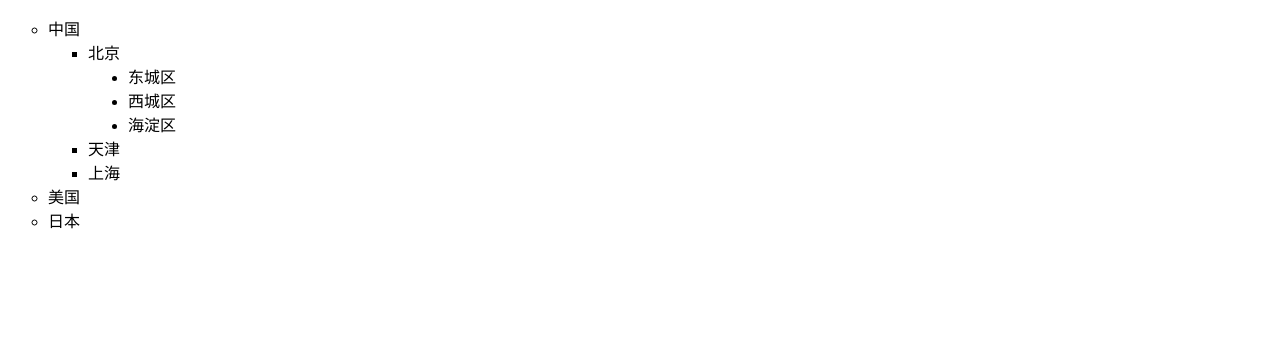
Repository: thidoiSanren/HTML_exercise
Page: 010-列表.html
The author's editor kept a copy of each file at every save. The page is drawn from the files as they stood at one save, then again after the next save.
The browser window is 1280 px wide. The pictures show the whole page.

Above is the page before, as saved 2022-02-17 11:41:00.

After the next save:
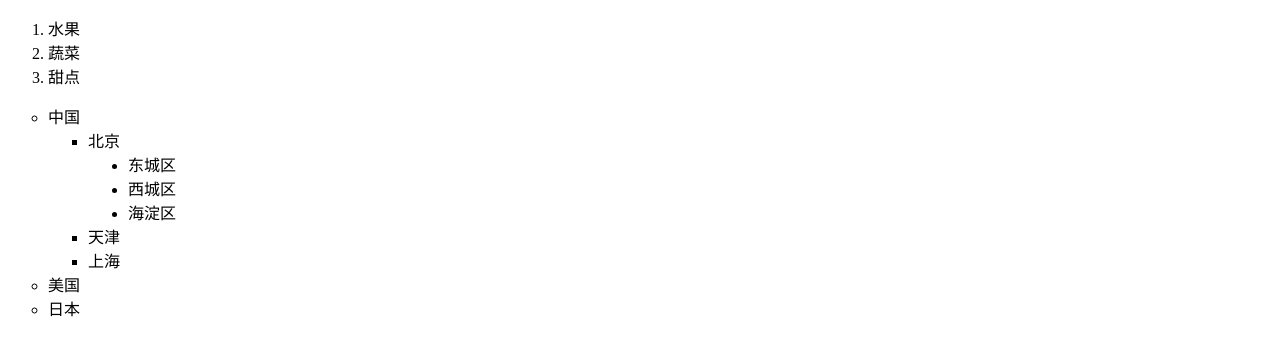
Saved 29 s later.
--- a/010-列表.html
+++ b/010-列表.html
@@ -7,7 +7,9 @@
 <body>
   <!--有序列表-->
   <ol>
-    <label></label>
+    <li>水果</li>
+    <li>蔬菜</li>
+    <li>甜点</li>
   </ol>
   <!--无序列表-->
   <ul type="circle">
